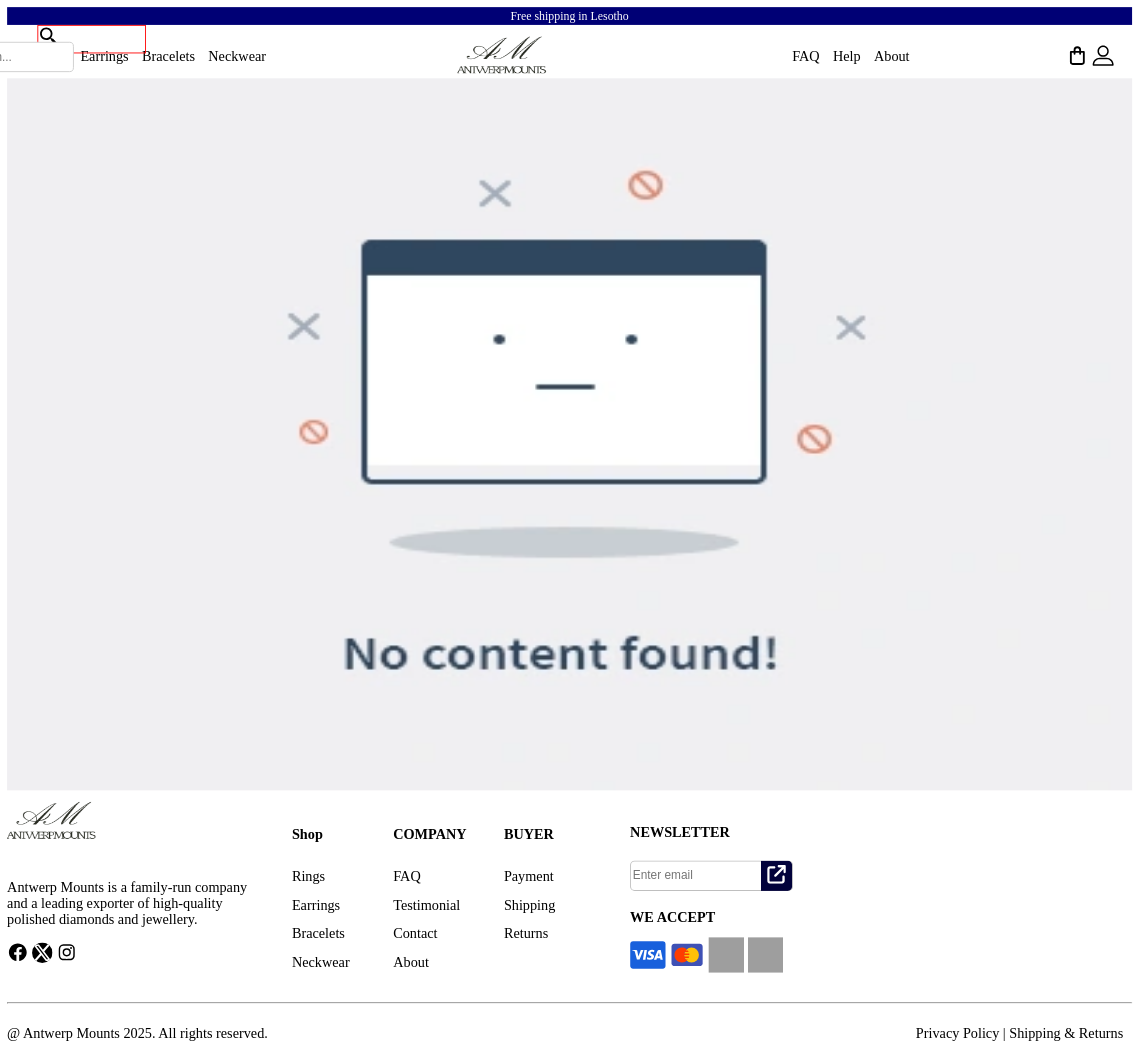
Repository: kea-0424/Web-Development-Project-1
Page: First_collaboration/JewelarySite.html
An editor plug-in stored every save of this project. The page is shown before and after the next save, followed by the edit.
The browser window is 1280 px wide. The pictures show the whole page, at 89% of full size.
Pictures or frames that could not be fetched are drawn as grey boxes.

Above is the page before, as saved 2025-01-23 11:47:27.

After the next save:
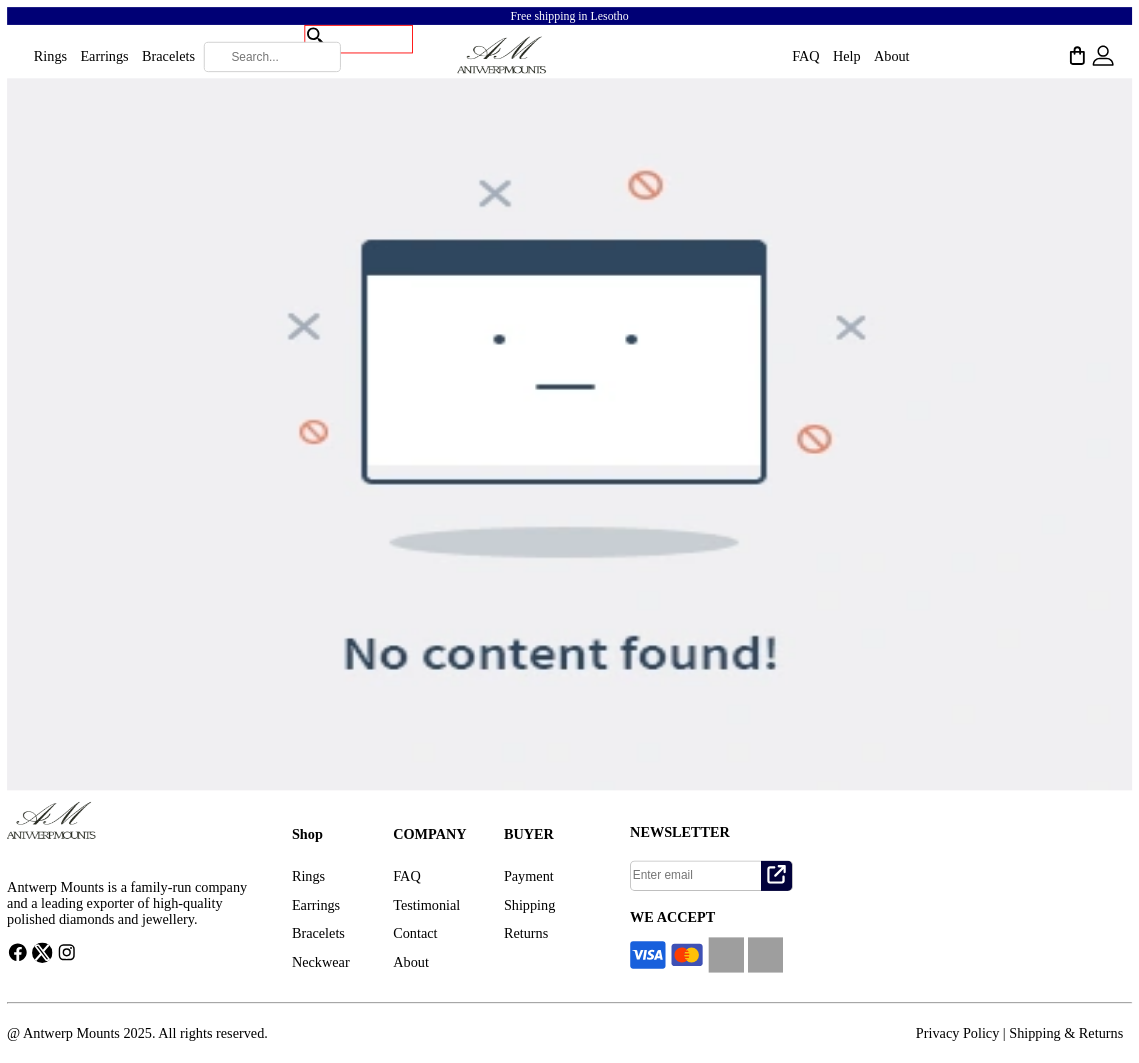
Saved 12 s later.
--- a/First_collaboration/JewelarySite.css
+++ b/First_collaboration/JewelarySite.css
@@ -76,7 +76,7 @@ border: 1px solid red;
     width: 120px;
     height: 30px;
     position: relative;
-    right: 500px;
+    right: 200px;
 }
 .searchbar_icon{
     position: absolute;
